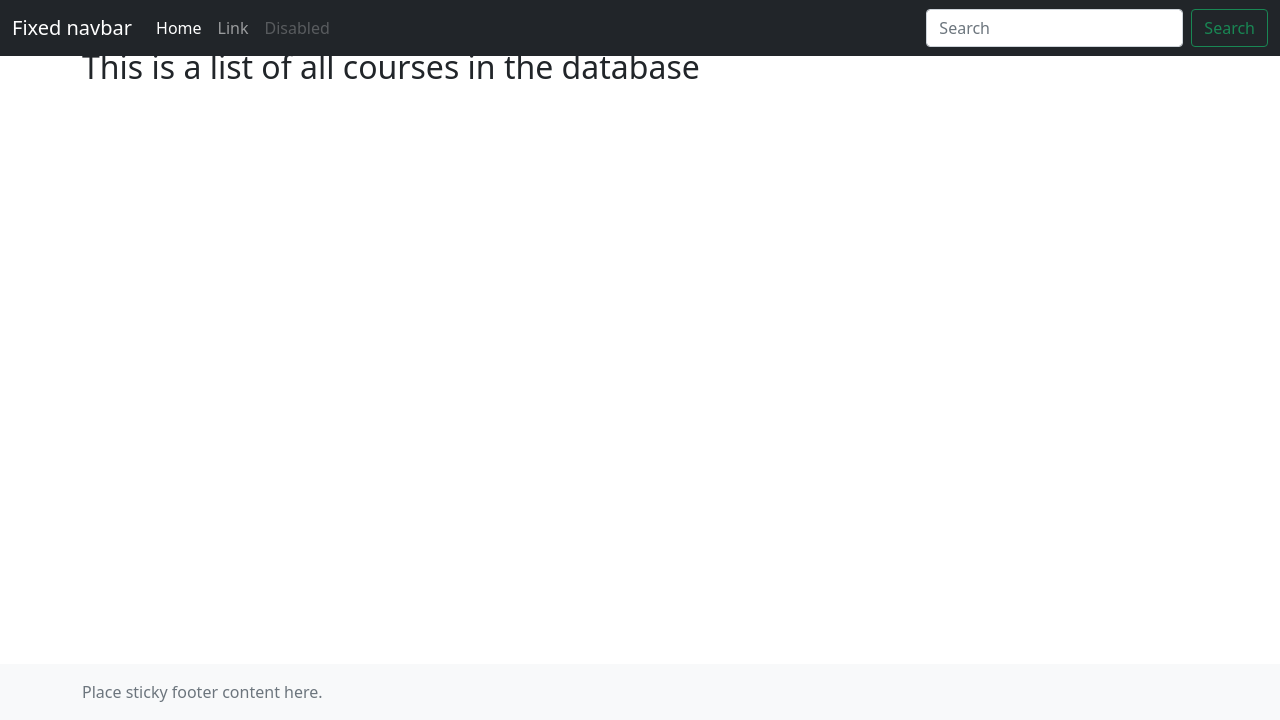
Repository: owuraku/laravel-class-dbc-26-1
Page: http://localhost/courses
These files come from the project's save history. The page is drawn as it stood at one moment and after the next save; the edit follows.
The browser window is 1280 px wide. The pictures show the whole page.
The page is served by the project's Laravel application, run on PHP 8.4 with Laravel 8. Queries for data that is not in the repository find no rows.

Above is the page before, as saved 2022-02-03 13:05:14.

After the next save:
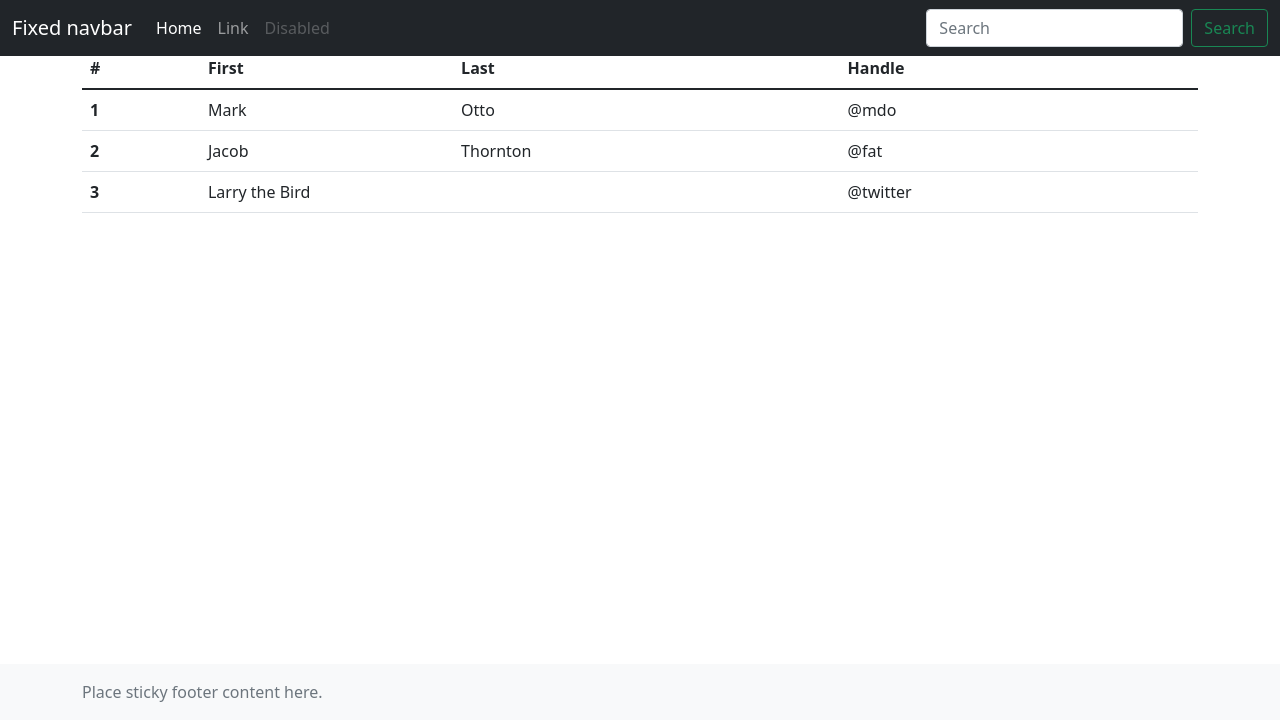
Saved 30 s later.
--- a/resources/views/courses/list.blade.php
+++ b/resources/views/courses/list.blade.php
@@ -3,5 +3,33 @@
 @section('page_title', 'List of courses')
 
 @section('content')
-    <h2>This is a list of all courses in the database</h2>
+  <table class="table">
+  <thead>
+    <tr>
+      <th scope="col">#</th>
+      <th scope="col">First</th>
+      <th scope="col">Last</th>
+      <th scope="col">Handle</th>
+    </tr>
+  </thead>
+  <tbody>
+    <tr>
+      <th scope="row">1</th>
+      <td>Mark</td>
+      <td>Otto</td>
+      <td>@mdo</td>
+    </tr>
+    <tr>
+      <th scope="row">2</th>
+      <td>Jacob</td>
+      <td>Thornton</td>
+      <td>@fat</td>
+    </tr>
+    <tr>
+      <th scope="row">3</th>
+      <td colspan="2">Larry the Bird</td>
+      <td>@twitter</td>
+    </tr>
+  </tbody>
+</table>
 @endsection
